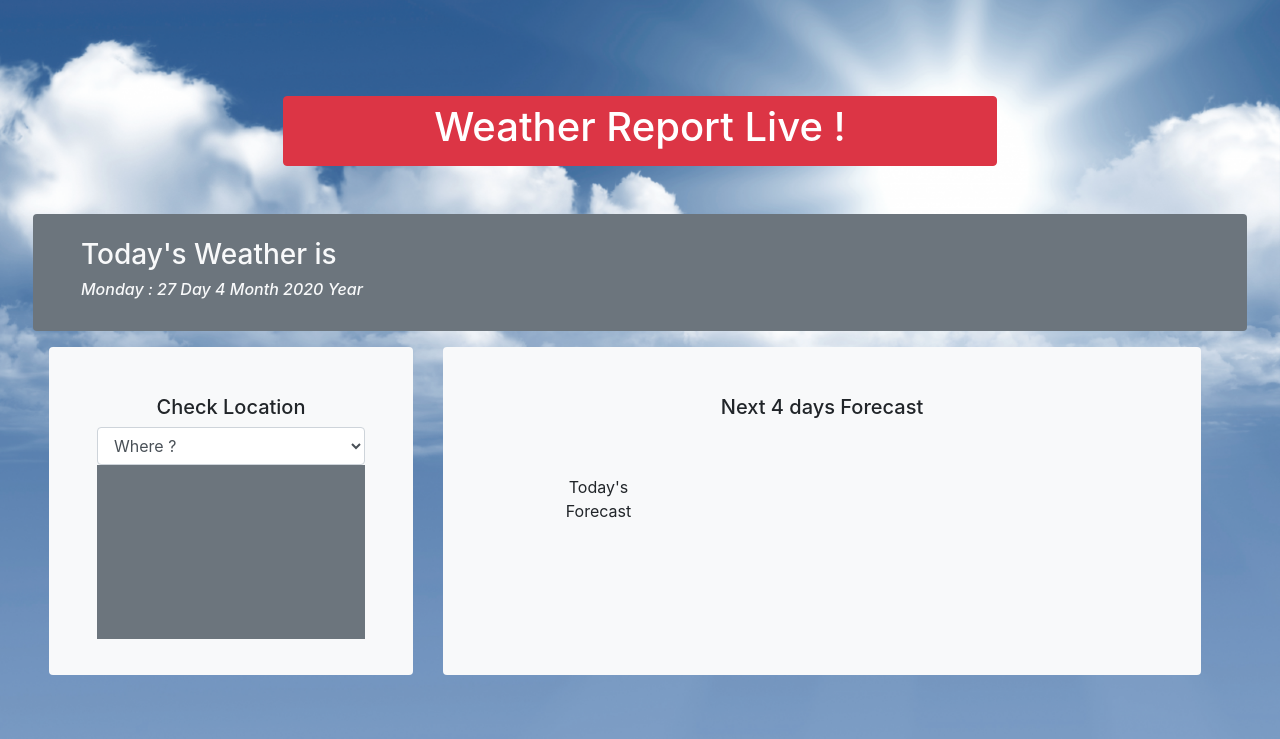
Repository: Code-Institute-Submissions/projectchen88-weatherForecast
Page: index.html
The author's editor kept a record of every edit. The page is drawn from the files as they stood at one moment, then again after the next edit.
The browser window is 1280 px wide. The pictures show the whole page.
The page's requests for data from a server got no answer.

Above is the page before.
Console error (its wording comes from the project's code and is left out).

### index.html
<!doctype html>
<html lang="en">

<head>
    <!-- Required meta tags -->
    <meta charset="utf-8">
    <meta name="viewport" content="width=device-width, initial-scale=1, shrink-to-fit=no">
    <!--AXIOS link-->
    <script src="https://unpkg.com/axios/dist/axios.min.js"></script>
    <!-- Bootstrap CSS -->
    <link rel="stylesheet" href="https://stackpath.bootstrapcdn.com/bootstrap/4.4.1/css/bootstrap.min.css" integrity="sha384-Vkoo8x4CGsO3+Hhxv8T/Q5PaXtkKtu6ug5TOeNV6gBiFeWPGFN9MuhOf23Q9Ifjh" crossorigin="anonymous">
    <!--Custom CSS-->
    <link rel="stylesheet" href="styles/style.css" type="text/css" />
    <title>Hello, world!</title>
</head>

<body>
    <main id='main-page' class='container-fluid p-5'>
        <!--Header-->
        <div class="row">
            <div class="col-md-8 col-12 p-md-5 p-3 mx-auto">
                <span class='btn btn-danger w-100'><h1>Weather Report Live ! </h1></span>
            </div>
        </div>

        <!--Current Weather -->
        <div class="row">
            <div class="col-12 px-5 py-4 bg-secondary text-light rounded">
                <h3>Today's Weather is <span id='status'></span></h3>
                <h6 id='dateToday' class='font-italic'></h6>
            </div>
            <div id='display-section' class="col-12 p-3 bg-transparent">
                <div class="box row">
                    <!--Check and display weather of location selected-->
                    <div class="box col-md-4 col-12 mx-auto text-center">
                        <div class="box p-5 bg-light rounded">
                            <h5>Check Location</h5>
                            <div >
                                <select class='form-control' id="select">
                                    <option>Where ?</option>
                                </select>
                            </div>
                            <div class='display-box p-5 bg-secondary'>
                                <h1 id='weather' class='font-bolder text-light'></h1>
                            </div>
                        </div>
                    </div>

                    <!--Display 4 days forecast-->
                    <div class="box col-md-8 col-12 mx-auto text-center">
                        <div class="box p-5 bg-light rounded">
                            <h5>Next 4 days Forecast</h5>
                            <div class='display-box p-5'>
                                <div class="row">
                                    <div class="col-3"> Today's Forecast </div>
                                    <div class="col-3" id='humidity'></div>
                                    <div class="col-3" id='temperature'></div>
                                    <div class="col-3" id='wind'></div>
                                </div>
                            </div>
                        </div>
                    </div>


                </div>
            </div>
        </div>

    </main>


    <!-- Optional JavaScript -->
    <!-- jQuery first, then Popper.js, then Bootstrap JS -->
    <script src="https://code.jquery.com/jquery-3.4.1.js" integrity="sha256-WpOohJOqMqqyKL9FccASB9O0KwACQJpFTUBLTYOVvVU=" crossorigin="anonymous"></script>
    <script src="https://cdn.jsdelivr.net/npm/popper.js@1.16.0/dist/umd/popper.min.js" integrity="sha384-Q6E9RHvbIyZFJoft+2mJbHaEWldlvI9IOYy5n3zV9zzTtmI3UksdQRVvoxMfooAo" crossorigin="anonymous"></script>
    <script src="https://stackpath.bootstrapcdn.com/bootstrap/4.4.1/js/bootstrap.min.js" integrity="sha384-wfSDF2E50Y2D1uUdj0O3uMBJnjuUD4Ih7YwaYd1iqfktj0Uod8GCExl3Og8ifwB6" crossorigin="anonymous"></script>
    <!--Custom JS script-->
    <script type="text/javascript" src="scripts/script.js"></script>
</body>

</html>

### scripts/script.js
/*  global $ axios */

var source1 = "https://api.data.gov.sg/v1/environment/2-hour-weather-forecast"
var source2 = "https://api.data.gov.sg/v1/environment/4-day-weather-forecast"
var forecastData =[]
var tempData =[]
var option =[]
var status


//AXIO TO GET DATA FROM JSON FILE (local)
function getForecast(callback) {
  axios.get(source1)
    .then(function(response) {
      let result = response.data;
      console.log(result)
      callback(result)
    })
}
function getTemp(callback) {
  axios.get(source2)
    .then(function(response) {
      let result = response.data.items[0].forecasts;
      console.log(result)
      callback(result)
    })
}
function displayDailyForecast( day ) {
  document.getElementById("forecast-title").innerHTML="Weather Forecast for date : " +tempData[day].date
  document.getElementById("forecast").innerHTML=tempData[day].forecast
  document.getElementById("humidity-high").innerHTML=tempData[day].relative_humidity.high
  document.getElementById("humidity-low").innerHTML=tempData[day].relative_humidity.low
  document.getElementById("temperature-high").innerHTML=tempData[day].temperature.high
  document.getElementById("temperature-low").innerHTML=tempData[day].temperature.low
  document.getElementById("wind-direction").innerHTML="The wind will be blowing in the "+tempData[day].wind.direction+" direction"
  document.getElementById("wind-speed-high").innerHTML=tempData[day].wind.speed.high
  document.getElementById("wind-speed-low").innerHTML=tempData[day].wind.speed.low

}
getTemp(function(data){
  tempData = data;
  tempData.count = 0 // tracker for the day result that is displayed
  displayDailyForecast (tempData.count)
  document.getElementById("forecast").innerHTML=tempData[0].forecast
})

getForecast( function(data) {
    forecastData = data
    status = forecastData.api_info.status
    document.getElementById("status").innerHTML = status;

    let forecastsArea = forecastData.items[0].forecasts

    var select = document.getElementById("select");
    for (let item in forecastsArea) {
      var el = document.createElement("option");
      el.textContent = forecastsArea[item].area;
      el.value = forecastsArea[item].area;
      select.appendChild(el);
    }
})

$ (function () {
  // $('#prev-day').hide();

  // Set the date of today to be displayed
  var d = new Date();
  var weekday = new Array(7);
  weekday[0] = "Sunday";
  weekday[1] = "Monday";
  weekday[2] = "Tuesday";
  weekday[3] = "Wednesday";
  weekday[4] = "Thursday";
  weekday[5] = "Friday";
  weekday[6] = "Saturday";
  var strDate = weekday[d.getDay()] + " : " + d.getDate() + " Day " + (d.getMonth()+1) + " Month " + d.getFullYear() + " Year " ;
  $('#dateToday').text(strDate)

  // Detect for change in option change in selection of area and display the weather
  $('#select').change(function(){
    // displayWeather()
    let forecastsArea = forecastData.items[0].forecasts
    for (let item in forecastsArea) {
      var select = $('#select').val()
      if (select == forecastsArea[item].area)
      $('#weather').text("The weather at "+ forecastsArea[item].area +" is expected to be "+forecastsArea[item].forecast)
    }
  })

  // Detect for change to view. forecast for next day
  $('#next-day').click( function () {
    if (tempData.count < 3) {
      tempData.count ++ ;
      displayDailyForecast(tempData.count)
      if (tempData.count >= 3) {
        // $('#next-day').hide()
      }
      $('#prev-day').text('<<')
    }
    else {
      $('#next-day').text('>>|')
    }
  })

  $('#prev-day').on('click', function () {
   if (tempData.count >= 0) {
      tempData.count -- ;
      displayDailyForecast(tempData.count)
      if (tempData.count <= 0 ) {
        $('#next-day').text(">>")
      }
      $('#prev-day').text('|<<')
    }
  })
})

Loaded but not shown: styles/style.css (common file)

After the next edit:
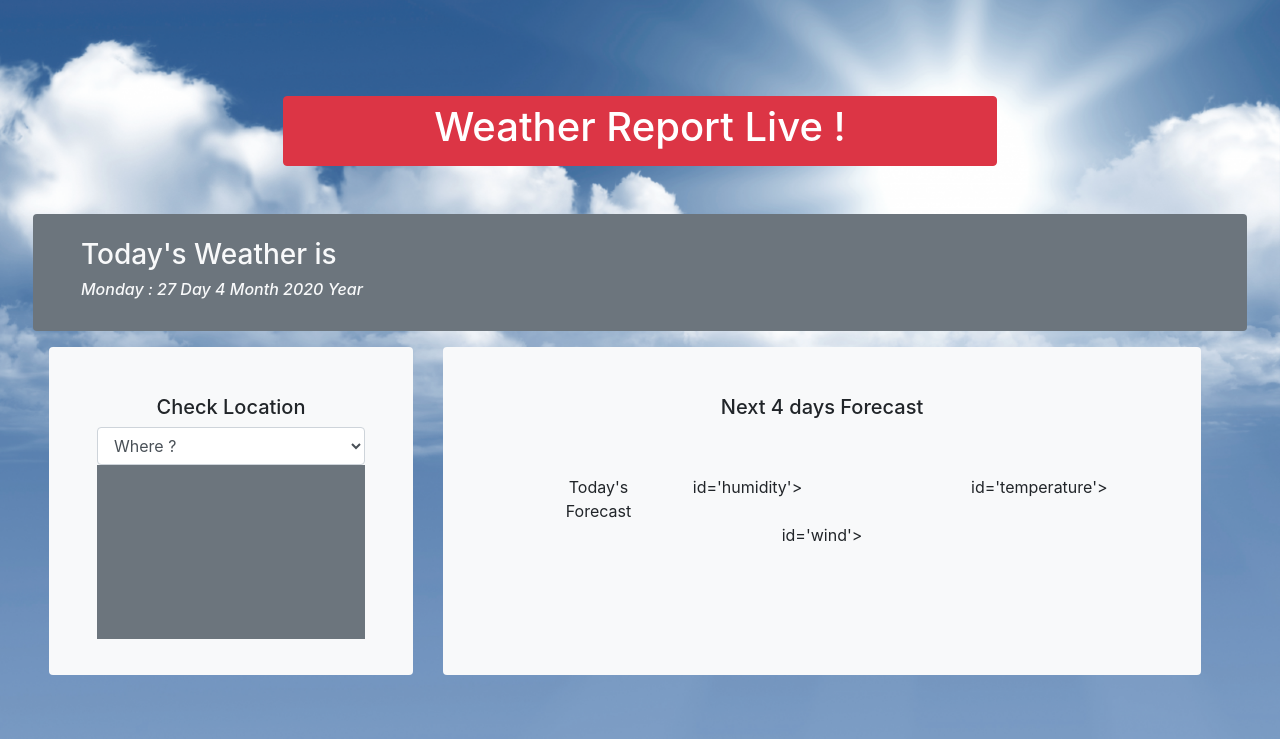
The edit:
--- a/index.html
+++ b/index.html
@@ -53,9 +53,9 @@
                             <div class='display-box p-5'>
                                 <div class="row">
                                     <div class="col-3"> Today's Forecast </div>
-                                    <div class="col-3" id='humidity'></div>
-                                    <div class="col-3" id='temperature'></div>
-                                    <div class="col-3" id='wind'></div>
+                                    <div class="col-3"> id='humidity'></div>
+                                    <div class="col-3"></div> id='temperature'></div>
+                                    <div class="col-3"></div> id='wind'></div>
                                 </div>
                             </div>
                         </div>
